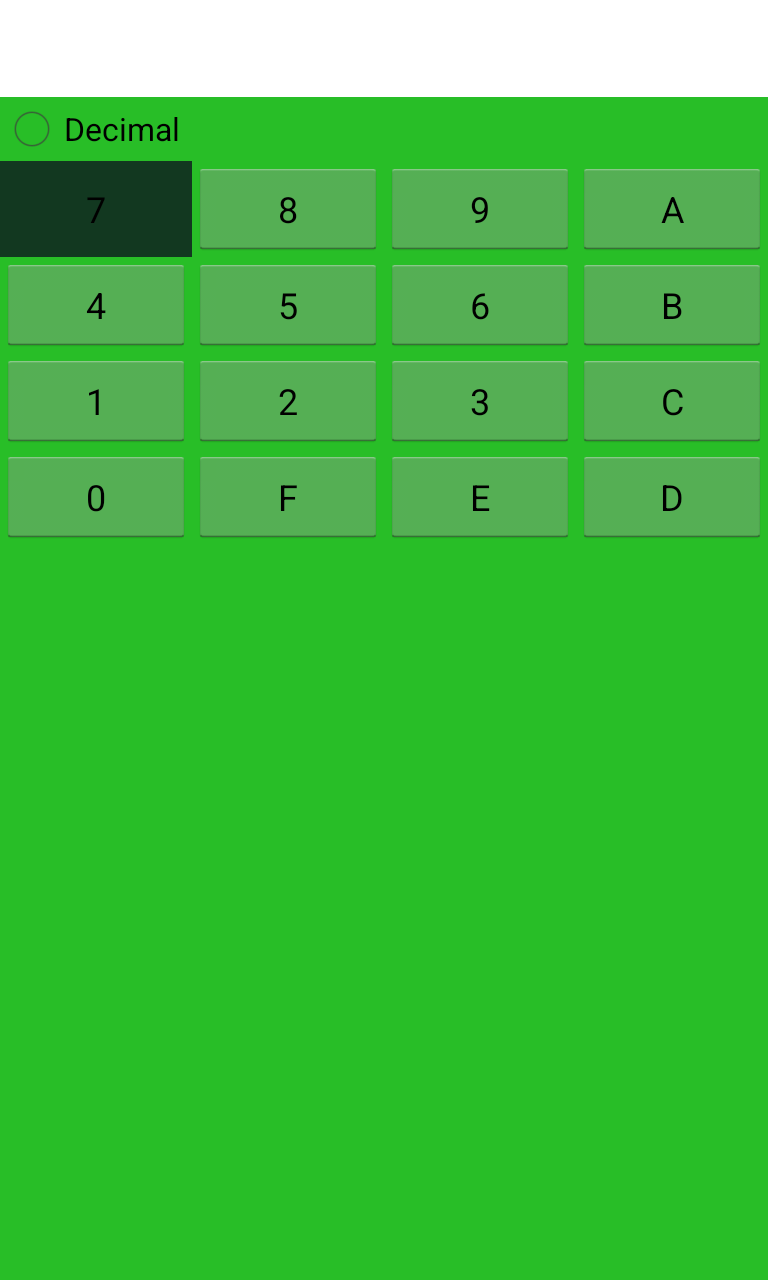
Repository: RamDion/BSIT_Calculator
Layout: CcsCalcu/res/layout/activity_calculator.xml
An editor plug-in stored every save of this project. The layout is shown before and after the next save, followed by the edit.
It is drawn on a 768 x 1280 px phone screen (xhdpi) without system bars, with theme AppTheme; the app's code is not run.

Above is the layout before, as saved 2014-09-04 05:19:45.

### CcsCalcu/res/layout/activity_calculator.xml
    <TableLayout
        xmlns:android="http://schemas.android.com/apk/res/android"
    	xmlns:tools="http://schemas.android.com/tools"
        android:layout_width="fill_parent"
        android:layout_height="fill_parent"
        android:background="#28be27"
        android:layout_alignParentLeft="true"
        android:layout_alignParentTop="true"
        android:layout_alignParentRight="true"
        android:layout_alignParentBottom="true"
    tools:context="com.example.android_calc.MainActivity">

        <TableRow
            android:id="@+id/tableRow1"
            android:layout_width="fill_parent"
            android:layout_height="wrap_content"
             >

            <EditText
                android:id="@+id/calc_screen"
                android:background="#ffffff"
                android:layout_weight="1"
                android:layout_width="0dip"
                android:layout_height="wrap_content"
                android:textSize="36sp"
                android:inputType="none" >

            </EditText>

        </TableRow>

        <TableRow
            android:id="@+id/tableRow10"
            android:layout_width="fill_parent"
            android:layout_height="wrap_content"
             >
<RadioButton
             android:id="@+id/radioButton1"
             android:layout_width="wrap_content"
             android:layout_height="wrap_content"
             android:text="Decimal" />

        </TableRow>



        <TableRow
            android:id="@+id/tableRow2"
            android:layout_width="fill_parent"
            android:layout_height="wrap_content" >

            <Button
                android:id="@+id/seven"
                android:background="#123820"
                android:layout_width="0dip"
                android:layout_weight="0.25"
                android:layout_height="wrap_content"
                android:text="@string/seven" />

            <Button
                android:id="@+id/eight"
                android:layout_width="0dip"
                android:layout_weight="0.25"
                android:layout_height="wrap_content"
                android:text="@string/eight" />

            <Button
                android:id="@+id/nine"
                android:layout_width="0dip"
                android:layout_weight="0.25"
                android:layout_height="wrap_content"
                android:text="@string/nine" />

            <Button
                android:id="@+id/a"
                android:layout_width="0dip"
                android:layout_weight="0.25"
                android:layout_height="wrap_content"
                android:text="@string/a" />

        </TableRow>

        <TableRow
            android:id="@+id/tableRow3"
            android:layout_width="fill_parent"
            android:layout_height="wrap_content" >
             <Button
                android:id="@+id/four"
                android:layout_width="0dip"
                android:layout_weight="0.25"
                android:layout_height="wrap_content"
                android:text="@string/four" />

            <Button
                android:id="@+id/five"
                android:layout_width="0dip"
                android:layout_weight="0.25"
                android:layout_height="wrap_content"
                android:text="@string/five" />

            <Button
                android:id="@+id/six"
                android:layout_width="0dip"
                android:layout_weight="0.25"
                android:layout_height="wrap_content"
                android:text="@string/six" />

            <Button
                android:id="@+id/b"
                android:layout_width="0dip"
                android:layout_weight="0.25"
                android:layout_height="wrap_content"
                android:text="@string/b" />


        </TableRow>

        <TableRow
            android:id="@+id/tableRow4"
            android:layout_width="fill_parent"
            android:layout_height="wrap_content" >

            <Button
                android:id="@+id/one"
                android:layout_width="0dip"
                android:layout_weight="0.25"
                android:layout_height="wrap_content"
                android:text="@string/one" />

            <Button
                android:id="@+id/two"
                android:layout_width="0dip"
                android:layout_weight="0.25"
                android:layout_height="wrap_content"
                android:text="@string/two" />

            <Button
                android:id="@+id/three"
                android:layout_width="0dip"
                android:layout_weight="0.25"
                android:layout_height="wrap_content"
                android:text="@string/three" />

            <Button
                android:id="@+id/c"
                android:layout_width="0dip"
                android:layout_weight="0.25"
                android:layout_height="wrap_content"
                android:text="@string/c" />
        </TableRow>

         <TableRow
            android:id="@+id/tableRow5"
            android:layout_width="fill_parent"
            android:layout_height="wrap_content" >

            <Button
                android:id="@+id/zero"
                android:layout_width="0dip"
                android:layout_weight="0.25"
                android:layout_height="wrap_content"
                android:text="@string/zero" />

            <Button
                android:id="@+id/f"
                android:layout_width="0dip"
                android:layout_weight="0.25"
                android:layout_height="wrap_content"
                android:text="@string/f" />

            <Button
                android:id="@+id/e"
                android:layout_width="0dip"
                android:layout_weight="0.25"
                android:layout_height="wrap_content"
                android:text="@string/e" />

            <Button
                android:id="@+id/d"
                android:layout_width="0dip"
                android:layout_weight="0.25"
                android:layout_height="wrap_content"
                android:text="@string/d" />
        </TableRow>



    </TableLayout>

### CcsCalcu/res/values/strings.xml
<?xml version="1.0" encoding="utf-8"?>
<resources>

    <string name="app_name">CcsCalcu</string>
    <string name="action_settings">Settings</string>
    <string name="hello_world">BSIT</string>
    <string name="calcu">Calculator</string>
    <string name="title_activity_calculator">Calculator</string>
    <string name="clr">CLEAR</string>
    <string name="zero">0</string>
    <string name="one">1</string>
    <string name="two">2</string>
    <string name="three">3</string>
    <string name="four">4</string>
    <string name="five">5</string>
    <string name="six">6</string>
    <string name="seven">7</string>
    <string name="eight">8</string>
    <string name="nine">9</string>
    <string name="a">A</string>
    <string name="b">B</string>
    <string name="c">C</string>
    <string name="d">D</string>
    <string name="e">E</string>
    <string name="f">F</string>
    <string name="binary">Binary</string>
    <string name="octal">Octal</string>
    <string name="decimal">Decimal</string>
    <string name="hexa">Hexadecimal</string>
    <string name="title_activity_egapos">EGapos</string>

</resources>

Loaded but not shown: CcsCalcu/res/values/styles.xml (common file); CcsCalcu/res/values-v11/styles.xml (common file); CcsCalcu/res/values-v14/styles.xml (common file)

After the next save:
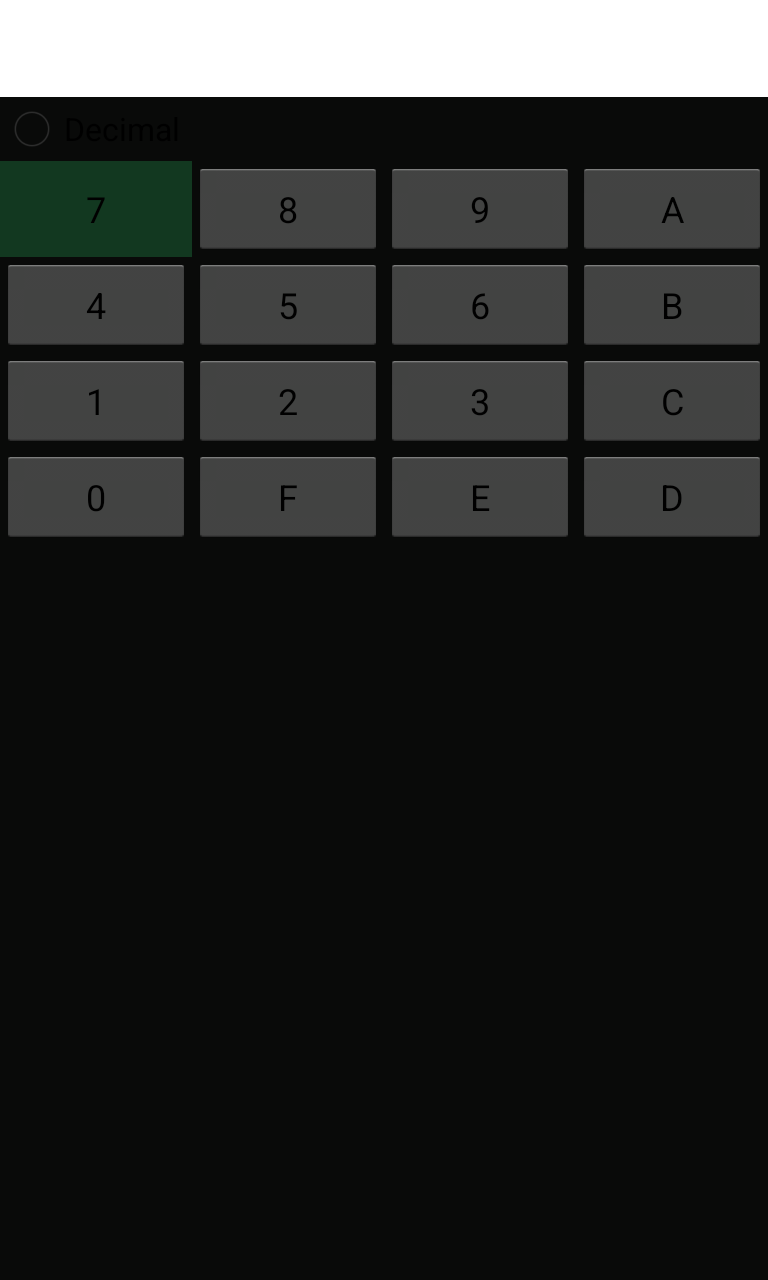
Saved 43 s later.
--- a/CcsCalcu/res/layout/activity_calculator.xml
+++ b/CcsCalcu/res/layout/activity_calculator.xml
@@ -3,7 +3,7 @@
     	xmlns:tools="http://schemas.android.com/tools"
         android:layout_width="fill_parent"
         android:layout_height="fill_parent"
-        android:background="#28be27"
+        android:background="#090a09"
         android:layout_alignParentLeft="true"
         android:layout_alignParentTop="true"
         android:layout_alignParentRight="true"
